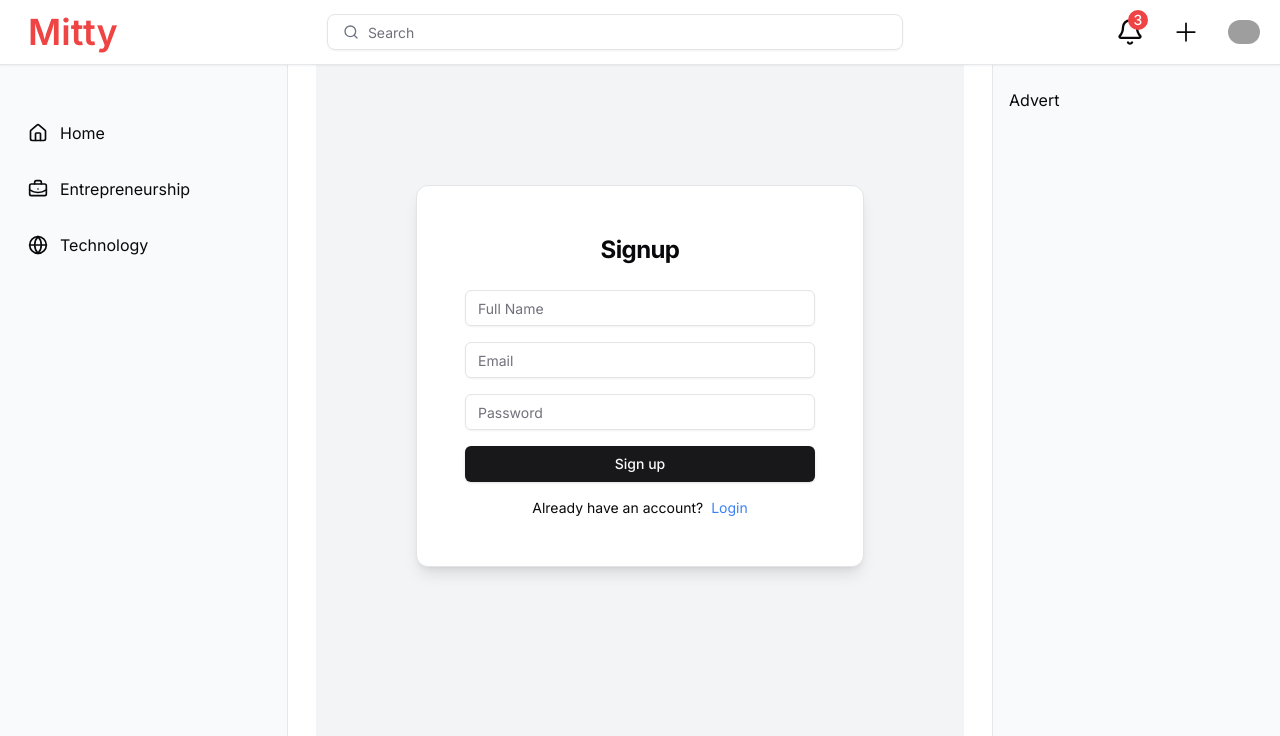
Repository: IssaMuiz/afrixpace-frontend
Page: /auth/register
An editor plug-in stored every save of this project. The page is shown before and after the next save, followed by the edit.
The browser window is 1280 px wide. The pictures show the whole page.
Pictures or frames that could not be fetched are drawn as grey boxes. The project was rebuilt for these pictures with package versions that can differ from the ones it lists, and the page was loaded fresh each time. The framework's server and built-in components were replaced by stand-ins that run in the browser. Also part of the build but not shown: next.config.ts, components/ui/textarea.tsx.

Above is the page before, as saved 2025-02-10 04:30:17.

After the next save:
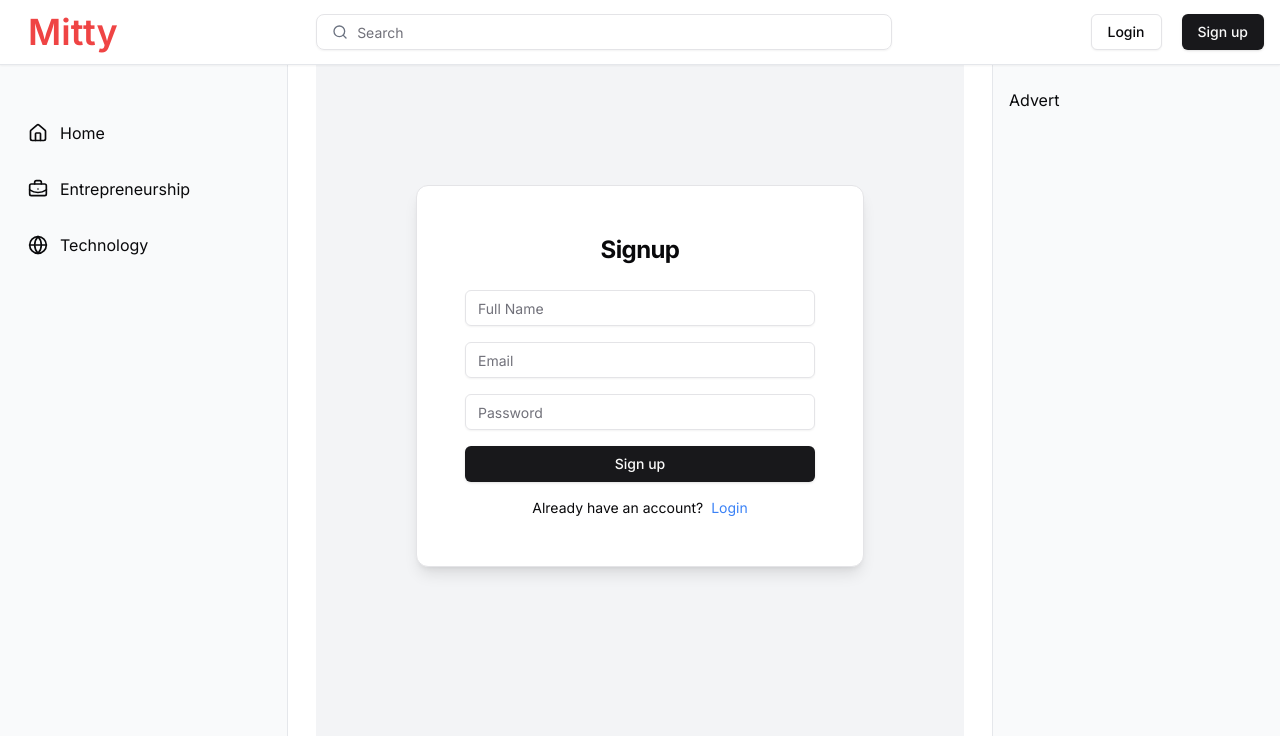
Saved 118 s later.
--- a/components/Navbar.tsx
+++ b/components/Navbar.tsx
@@ -47,7 +47,7 @@
       </div>
 
       <div className=" flex gap-2 lg:gap-5 items-center">
-        <Button
+        {/* <Button
           className="relative hover:bg-gray-300 rounded-full cursor-pointer border-none shadow-none p-1 group"
           variant="outline"
         >
@@ -77,12 +77,12 @@
           <span className="absolute left-1/2 -translate-x-1/2 top-12 px-2 py-1 text-sm text-white bg-gray-800 rounded opacity-0 group-hover:opacity-100 transition-transform pointer-events-none">
             Profile
           </span>
-        </Button>
+        </Button> */}
 
-        {/* <Button variant="outline" className="hover:bg-gray-100">
+        <Button variant="outline" className="hover:bg-gray-100">
           Login
         </Button>
-        <Button className="hover:bg-white hover:text-black ">Sign up</Button> */}
+        <Button className="hover:bg-white hover:text-black ">Sign up</Button>
       </div>
     </nav>
   );
